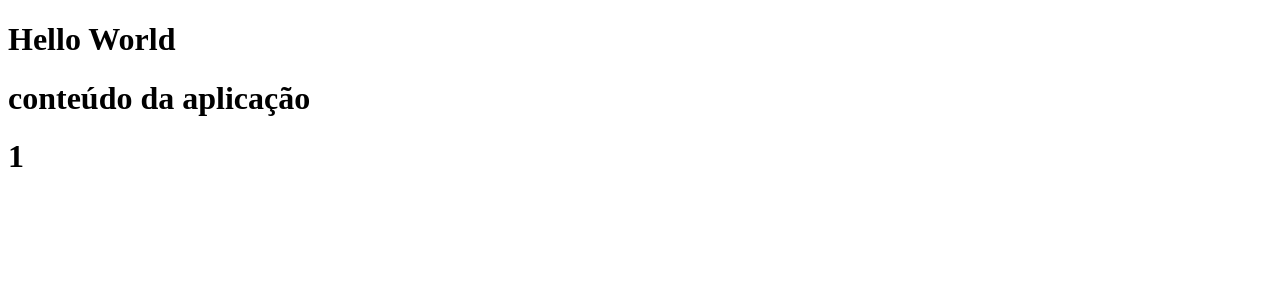
Repository: Andr3Souza/NLW-01-Ecoleta
Page: / (app in web/)
An editor plug-in stored every save of this project. The page is shown before and after the next save, followed by the edit.
The browser window is 1280 px wide. The pictures show the whole page.
The project was rebuilt for these pictures with package versions that can differ from the ones it lists, and the page was loaded fresh each time. Also part of the build but not shown: web/src/App.css.

Above is the page before, as saved 2020-06-03 21:20:54.

After the next save:
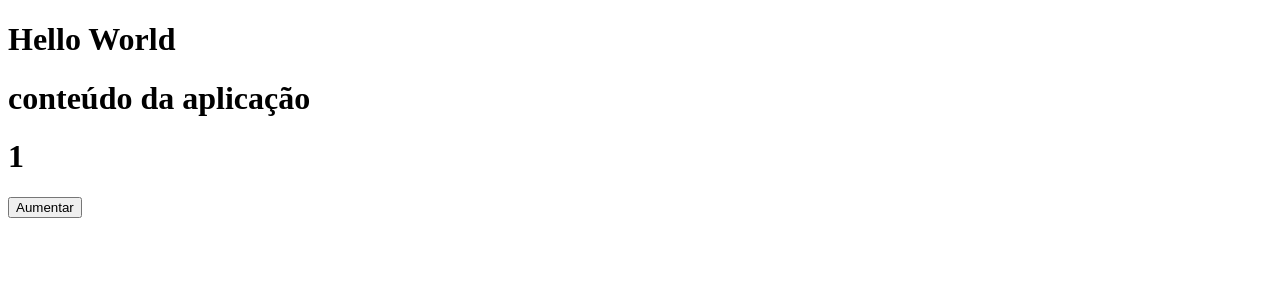
Saved 27 s later.
--- a/web/src/App.tsx
+++ b/web/src/App.tsx
@@ -11,6 +11,7 @@
       <Header title="Hello World" />
       <h1>conteúdo da aplicação</h1>
       <h1>{counter}</h1>
+      <button type="button">Aumentar</button>
     </div>
   );
 }
